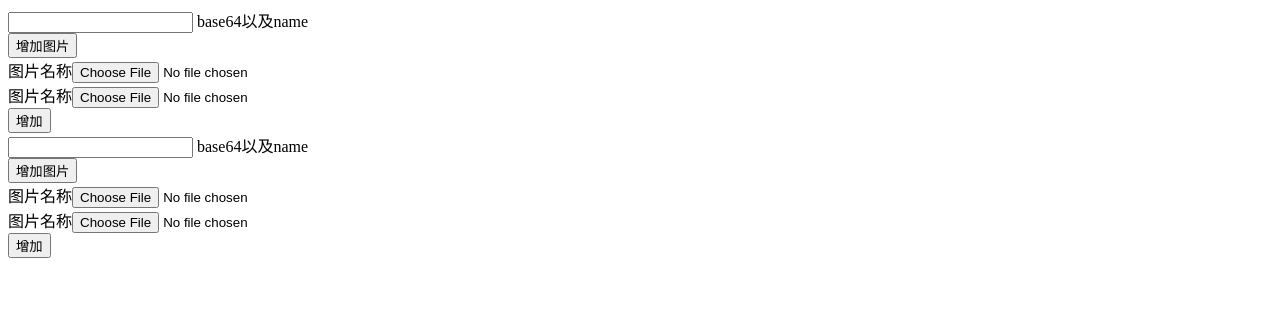
Repository: xoadoCompany/xoado
Page: http://localhost/xoado-cloud/
An editor plug-in stored every save of this project. The page is shown before and after the next save, followed by the edit.
The browser window is 1280 px wide. The pictures show the whole page.
The page is served by Tomcat 9. Nobody is signed in. The application's start-up code is not run. Other server files are loaded and not shown.

Above is the page before, as saved 2018-08-29 08:20:39.

### xoado/xoado-cloud/src/main/webapp/index.jsp
<%@ page language="java" contentType="text/html; charset=utf-8"
    pageEncoding="utf-8"%>
<!DOCTYPE html PUBLIC "-//W3C//DTD HTML 4.01 Transitional//EN" "http://www.w3.org/TR/html4/loose.dtd">
<html>
<head>
<meta http-equiv="Content-Type" content="text/html; charset=utf-8">
<title>Insert title here</title>
</head>
<body>
<form action="/files/filesBase64" method="post" enctype="multipart/form-data">
		<input type="text" name="base64text">   base64以及name<br>
		<input type="submit" value="增加图片">
	</form>
	<form action="/files/a" method="post" enctype="multipart/form-data">
		图片名称<input type="file" name="attachmentpicture"><br>
		图片名称<input type="file" name="attachmentpicture"><br>
		<input type="submit" value="增加">
	</form>

	<form action="/files/filesBase64" method="post" enctype="multipart/form-data">
		<input type="text" name="base64text">   base64以及name<br>
		<input type="submit" value="增加图片">
	</form>
	<form action="/files/a" method="post" enctype="multipart/form-data">
		图片名称<input type="file" name="attachmentpicture"><br>
		图片名称<input type="file" name="attachmentpicture"><br>
		<input type="submit" value="增加">
	</form>

</body>
</html>

After the next save:
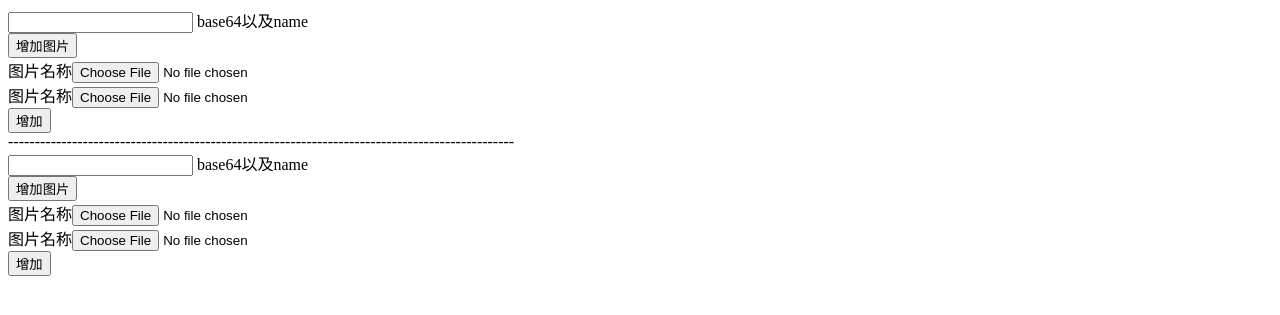
Saved 14 s later.
--- a/xoado/xoado-cloud/src/main/webapp/index.jsp
+++ b/xoado/xoado-cloud/src/main/webapp/index.jsp
@@ -16,7 +16,7 @@
 		图片名称<input type="file" name="attachmentpicture"><br>
 		<input type="submit" value="增加">
 	</form>
-
+	-----------------------------------------------------------------------------------------------
 	<form action="/files/filesBase64" method="post" enctype="multipart/form-data">
 		<input type="text" name="base64text">   base64以及name<br>
 		<input type="submit" value="增加图片">
